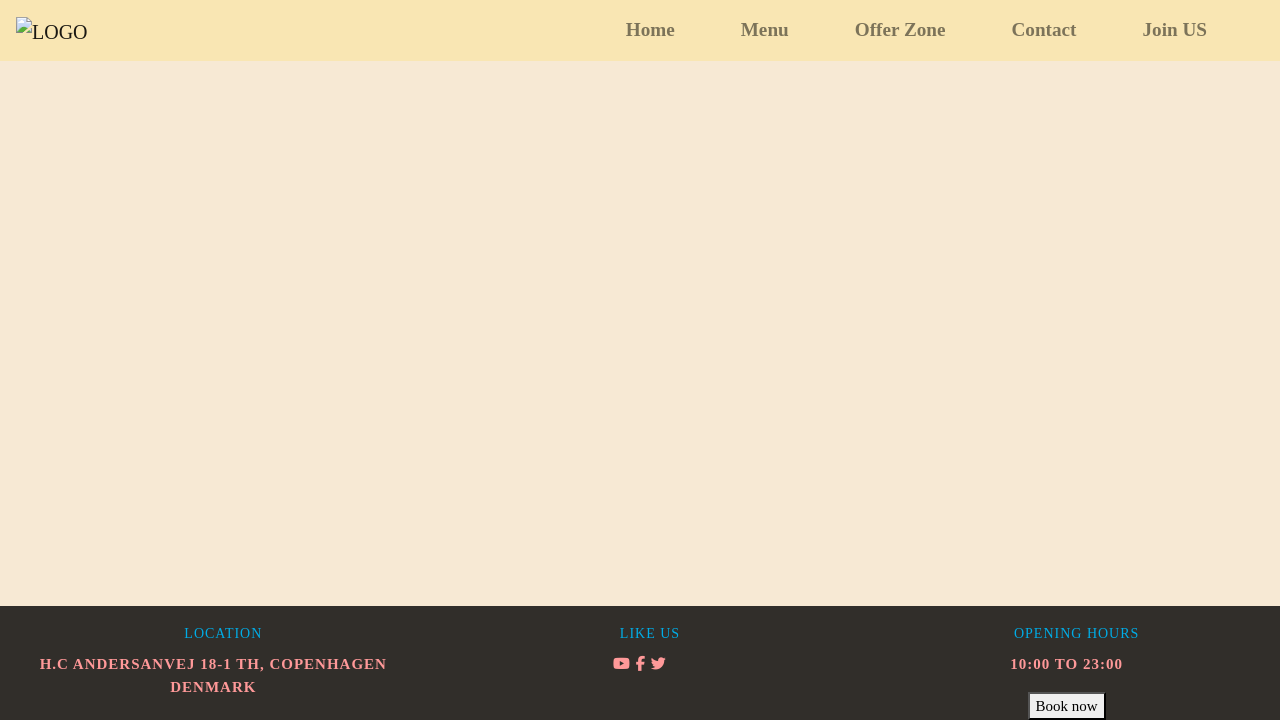
Repository: HMTRIVEDI/project-one
Page: index.html
The author's editor kept a record of every edit. The page is drawn from the files as they stood at one moment, then again after the next edit.
The browser window is 1280 px wide. The pictures show the whole page.
Some web fonts or font styles are not loaded; a fallback is used. Some web libraries are served in a nearby version.

Above is the page before.

After the next edit:
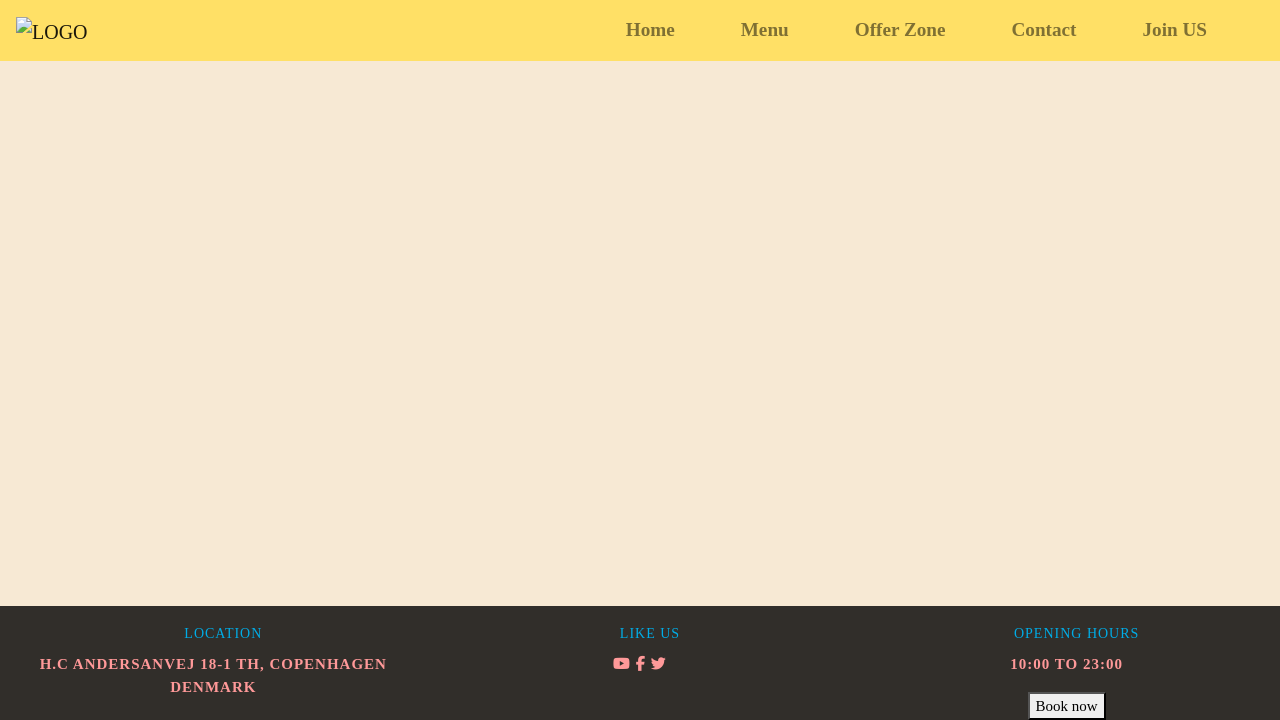
The edit:
--- a/assets/style.css
+++ b/assets/style.css
@@ -17,7 +17,7 @@
 }
 
 .bg-light {
-    background-color: rgba(255, 224, 102,0.3)!important;
+    background-color: rgb(255, 224, 102)!important;
 }
 
 .btn i {
